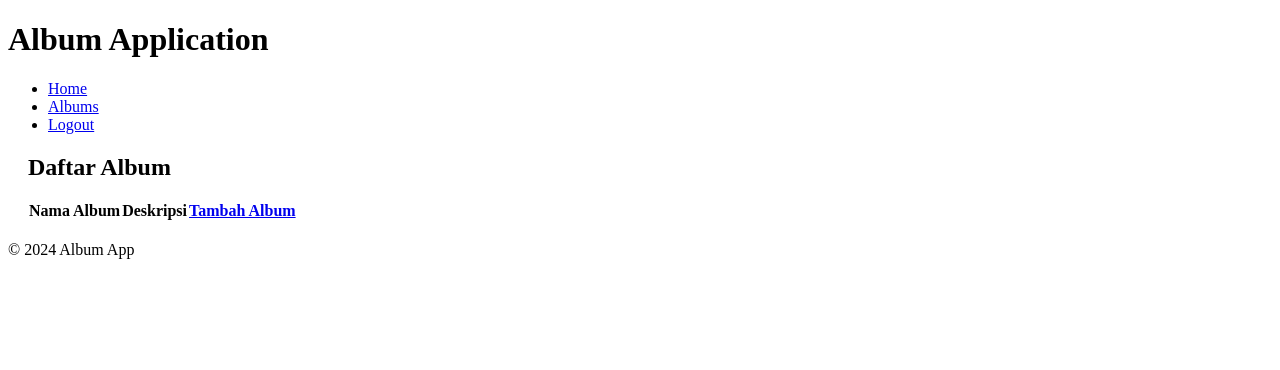
Repository: daffa-alif/snapgram
Page: http://localhost/albums
An editor plug-in stored every save of this project. The page is shown before and after the next save, followed by the edit.
The browser window is 1280 px wide. The pictures show the whole page.
The page is served by the project's Laravel application, run on PHP 8.4 with Laravel 12. A made-up administrator, Test User (test@example.com), is signed in. Other server files are loaded and not shown. Queries for data that is not in the repository find no rows.

Above is the page before, as saved 2024-10-18 13:13:40.

### routes/web.php
<?php

use Illuminate\Support\Facades\Route;
use App\Http\Controllers\{
    AuthController,
    HomeController,
    AlbumController,
    PhotoController,
};

// Redirect root URL to login
Route::redirect('/', '/auth/login');

// Authentication routes
Route::controller(AuthController::class)->group(function () {

    Route::get('auth/login', 'showLoginForm')->name('login')->middleware('guest');
    Route::post('auth/postLogin', 'postLogin')->name('postLogin');
    Route::post('logout', 'logout')->name('logout');
    Route::get('auth/register', 'showRegistrationForm')->name('register.form');
    Route::post('auth/register', 'register')->name('register');

    Route::middleware('auth')->group(function () {
        Route::get('home', [HomeController::class,'index'])->name('home');

        Route::resource('albums', AlbumController::class);

        Route::resource('photos', PhotoController::class);
    });
});

### app/Models/User.php
<?php

namespace App\Models;

// use Illuminate\Contracts\Auth\MustVerifyEmail;
use Illuminate\Database\Eloquent\Factories\HasFactory;
use Illuminate\Foundation\Auth\User as Authenticatable;
use Illuminate\Notifications\Notifiable;

class User extends Authenticatable
{
    use HasFactory, Notifiable;

    /**
     * The attributes that are mass assignable.
     *
     * @var array<int, string>
     */
    protected $fillable = [
        'username',
        'email',
        'password',
        'namaLengkap',
        'alamat',
    ];

    protected $primaryKey = 'userID';
    /**
     * The attributes that should be hidden for serialization.
     *
     * @var array<int, string>
     */
    protected $hidden = [
        'password',
        'remember_token',
    ];

    /**
     * Get the attributes that should be cast.
     *
     * @return array<string, string>
     */
    protected function casts(): array
    {
        return [
            'email_verified_at' => 'datetime',
            'password' => 'hashed',
        ];
    }
}

### app/Http/Controllers/AlbumController.php
<?php

namespace App\Http\Controllers;

use Illuminate\Http\Request;
use App\Models\Album; // Import the Album model
use Illuminate\Support\Facades\Auth; // Import the Auth facade

class AlbumController extends Controller
{
    /**
     * Display a listing of the resource.
     */
    public function index()
    {
        // Fetch albums created by the authenticated user
        $albums = Album::where('userID', Auth::id())->get();
        return view('albums.index', compact('albums'));
    }

    /**
     * Show the form for creating a new resource.
     */
    public function create()
    {
        return view('albums.create');
    }

    /**
     * Store a newly created resource in storage.
     */
    public function store(Request $request)
    {
        // Validate the request data
        $request->validate([
            'namaAlbum' => 'required|max:255',
            'deskripsi' => 'required|max:150',
        ]);

        // Create a new album associated with the authenticated user
        Album::create([
            'namaAlbum' => $request->input('namaAlbum'),
            'deskripsi' => $request->input('deskripsi'),
            'tanggalDibuat' => now(),
            'userID' => Auth::id(),
        ]);

        // Redirect back to the album list with a success message
        return redirect()->route('albums.index')->with('success', 'Album created successfully.');
    }

    /**
     * Display the specified resource.
     */
    public function show($id)
    {
        // Find the album by ID and ensure it belongs to the current user
        $album = Album::where('userID', Auth::id())->findOrFail($id);
        return view('albums.show', compact('album'));
    }

    /**
     * Show the form for editing the specified resource.
     */
    public function edit($id)
    {
        // Find the album by ID and ensure it belongs to the current user
        $album = Album::where('userID', Auth::id())->findOrFail($id);
        return view('albums.edit', compact('album'));
    }

    /**
     * Update the specified resource in storage.
     */
    public function update(Request $request, $id)
    {
        // Validate the updated album data
        $request->validate([
            'namaAlbum' => 'required|max:255',
            'deskripsi' => 'required|max:150',
        ]);

        // Find the album and ensure it belongs to the current user
        $album = Album::where('userID', Auth::id())->findOrFail($id);

        // Update the album with new data
        $album->update([
            'namaAlbum' => $request->input('namaAlbum'),
            'deskripsi' => $request->input('deskripsi'),
        ]);

        // Redirect back to the album list with a success message
        return redirect()->route('albums.index')->with('success', 'Album updated successfully.');
    }

    /**
     * Remove the specified resource from storage.
     */
    public function destroy($id)
    {
        // Find the album and ensure it belongs to the current user
        $album = Album::where('userID', Auth::id())->findOrFail($id);

        // Delete the album
        $album->delete();

        // Redirect back to the album list with a success message
        return redirect()->route('albums.index')->with('success', 'Album deleted successfully.');
    }
}

### app/Models/Album.php
<?php

namespace App\Models;

use Illuminate\Database\Eloquent\Model;
use App\Models\User; // Import the User model if necessary

class Album extends Model
{
    protected $primaryKey = 'albumID';
    protected $fillable = [
        'namaAlbum',
        'deskripsi',
        'tanggalDibuat',
        'userID'
    ];

    public function user()
    {
        return $this->belongsTo(User::class, 'userID');
    }
}

### resources/views/albums/index.blade.php
@extends('layouts.app')

@section('content')

<div style="margin: 20px;">
    <h2>Daftar Album</h2>

    <table style="border-collapse: collapse;">
        <tr>
            <th>Nama Album</th>
            <th>Deskripsi</th>
            <th><a href="{{ route('albums.create') }}">Tambah Album</a></th>
        </tr>

        @foreach($albums as $album)
            <tr>
                <td><a href="#">{{ $album->namaAlbum }}</a></td>
                <td>{{ $album->deskripsi }}</td>
                <td style="text-align: center;">
                    <a href="{{ route('albums.edit', $album->albumID) }}">Edit</a>
                    <form action="{{ route('albums.destroy', $album->albumID) }}" method="POST" style="display: inline;" onsubmit="return confirm('Tindakan ini tidak bisa dibatalkan');">
                        @csrf
                        @method('DELETE')
                        <button type="submit" style="background:none; border:none;">Hapus</button>
                    </form>
                </td>
            </tr>
        @endforeach

    </table>
</div>

@endsection

### resources/views/layouts/app.blade.php
<!DOCTYPE html>
<html lang="en">
<head>
    <meta charset="UTF-8">
    <meta name="viewport" content="width=device-width, initial-scale=1.0">
    <meta http-equiv="X-UA-Compatible" content="ie=edge">
    <title>@yield('title', 'Album App')</title>
</head>
<body>

    <!-- Header -->
    <header>
        <h1>Album Application</h1>
        @section('header')
            <nav>
                <ul>
                    <li><a href="{{ route('home') }}">Home</a></li>
                    <li><a href="{{ route('albums.index') }}">Albums</a></li>
                    <li><a href="{{ route('logout') }}">Logout</a></li>
                </ul>
            </nav>
        @show
    </header>

    <!-- Content Section -->
    <main>
        @yield('content')
    </main>

    <!-- Footer -->
    <footer>
        @section('footer')
            <p>&copy; 2024 Album App</p>
        @show
    </footer>

</body>
</html>

### resources/views/albums/create.blade.php
@extends('layouts.app')

@section('title', 'Create Album')

@section('content')

    <h2>Buat Album Baru</h2>

    <form action="{{ route('albums.store') }}" method="POST">
        @csrf
        <table>
            <tr>
                <td><label for="namaAlbum">Nama Album</label></td>
                <td><input type="text" name="namaAlbum" required></td>
            </tr>
            <tr>
                <td><label for="deskripsi">Deskripsi Album</label></td>
                <td><textarea name="deskripsi" required maxlength="150"></textarea></td>
            </tr>
            <tr>
                <td colspan="2" style="text-align: right;">
                    <button type="submit">Tambah Album</button>
                </td>
            </tr>
        </table>
    </form>

@endsection

Loaded but not shown: app/Http/Controllers/Controller.php (common file)

After the next save:
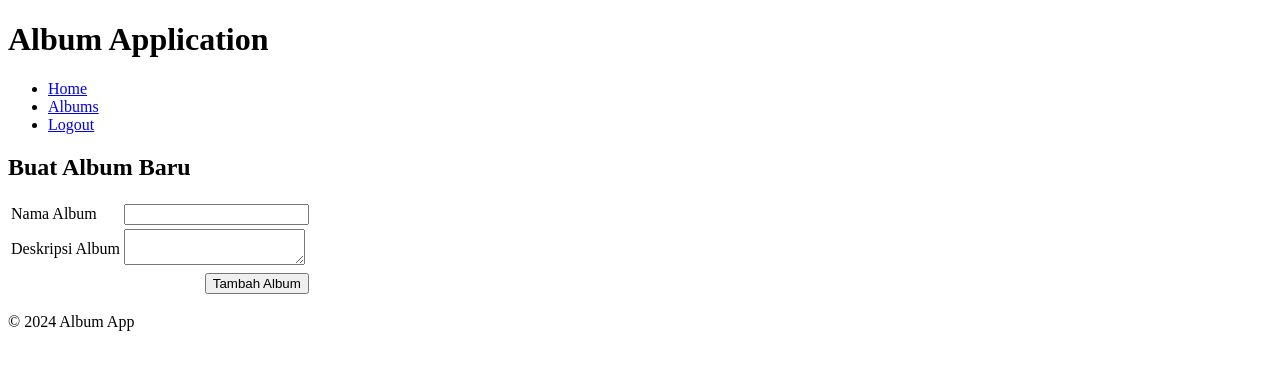
Saved 71 s later.
--- a/app/Http/Controllers/AlbumController.php
+++ b/app/Http/Controllers/AlbumController.php
@@ -15,7 +15,7 @@
     {
         // Fetch albums created by the authenticated user
         $albums = Album::where('userID', Auth::id())->get();
-        return view('albums.index', compact('albums'));
+        return view('albums.create', compact('albums'));
     }
 
     /**

After the 5 saves that followed:
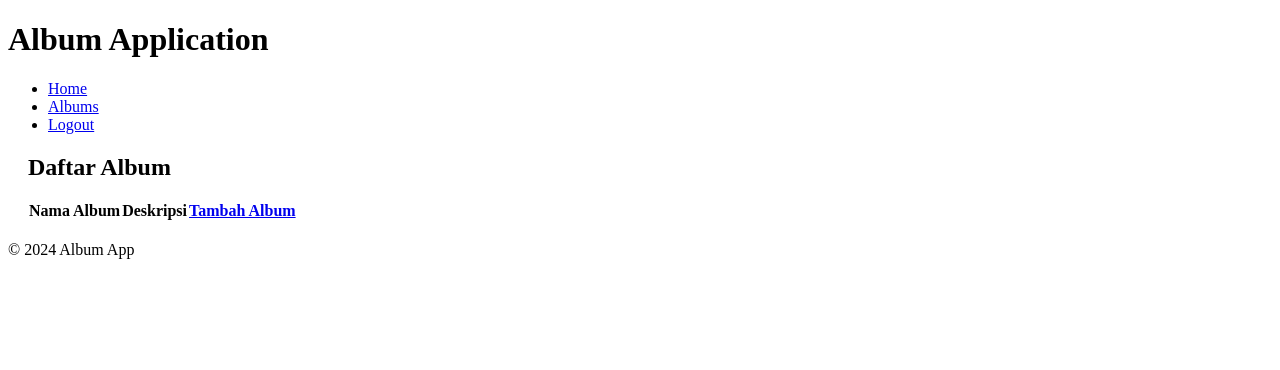
The 5 saves are shown as one change because 1 left the picture as it was and some came seconds apart.
The last was saved 47 s later.
--- a/app/Http/Controllers/AlbumController.php
+++ b/app/Http/Controllers/AlbumController.php
@@ -15,7 +15,7 @@
     {
         // Fetch albums created by the authenticated user
         $albums = Album::where('userID', Auth::id())->get();
-        return view('albums.create', compact('albums'));
+        return view('albums.index', compact('albums'));
     }
 
     /**
